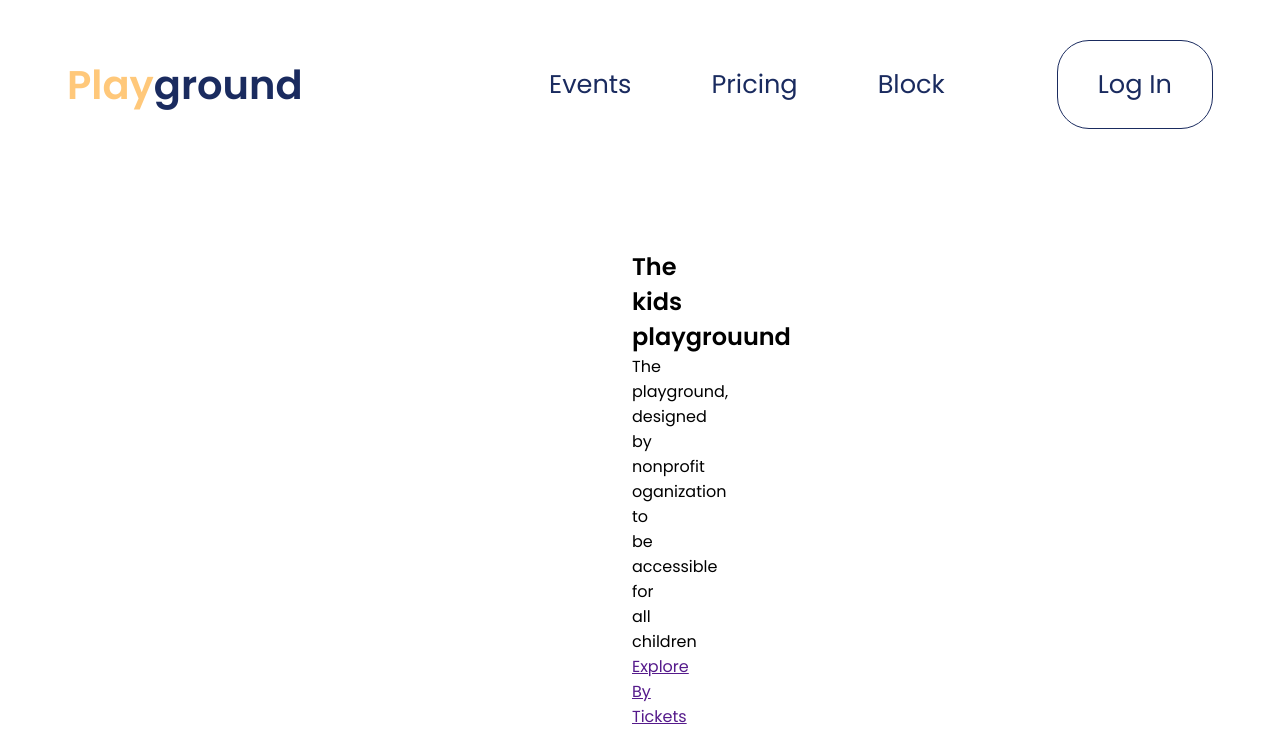
Repository: tuanpham-aptech/front-end
Page: psdtohtml/playgroud/index.html
These files come from the project's save history. The page is drawn as it stood at one moment and after a run of saves; the edit follows.
The browser window is 1280 px wide. The pictures show the whole page.
Some web libraries are served in a nearby version.

Above is the page before, as saved 2021-10-13 17:46:33.

After the next 2 saves:
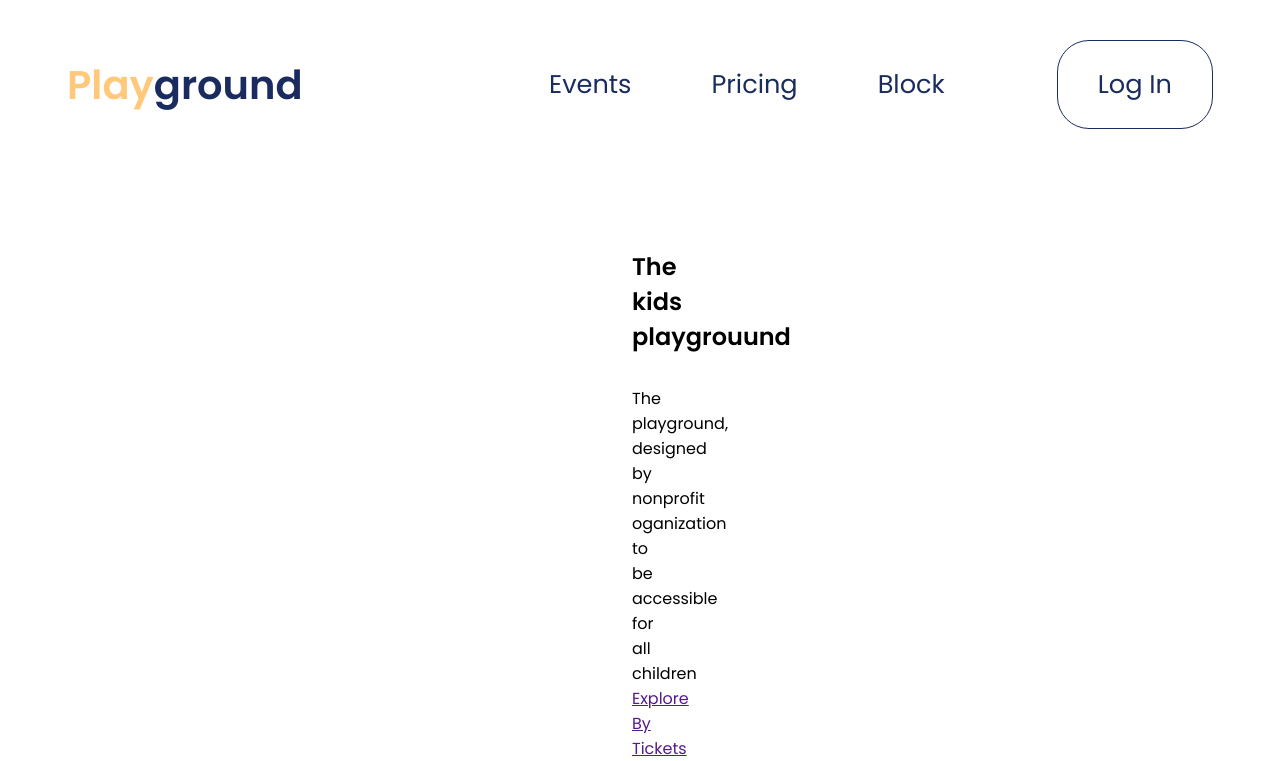
The 2 saves are shown as one change because they came seconds apart.
The last was saved 5 s later.
--- a/psdtohtml/playgroud/assets/css/style.css
+++ b/psdtohtml/playgroud/assets/css/style.css
@@ -84,5 +84,6 @@
 }
 
 .banner__heading {
-    ma
+    margin-bottom: 2rem;
+
 }
